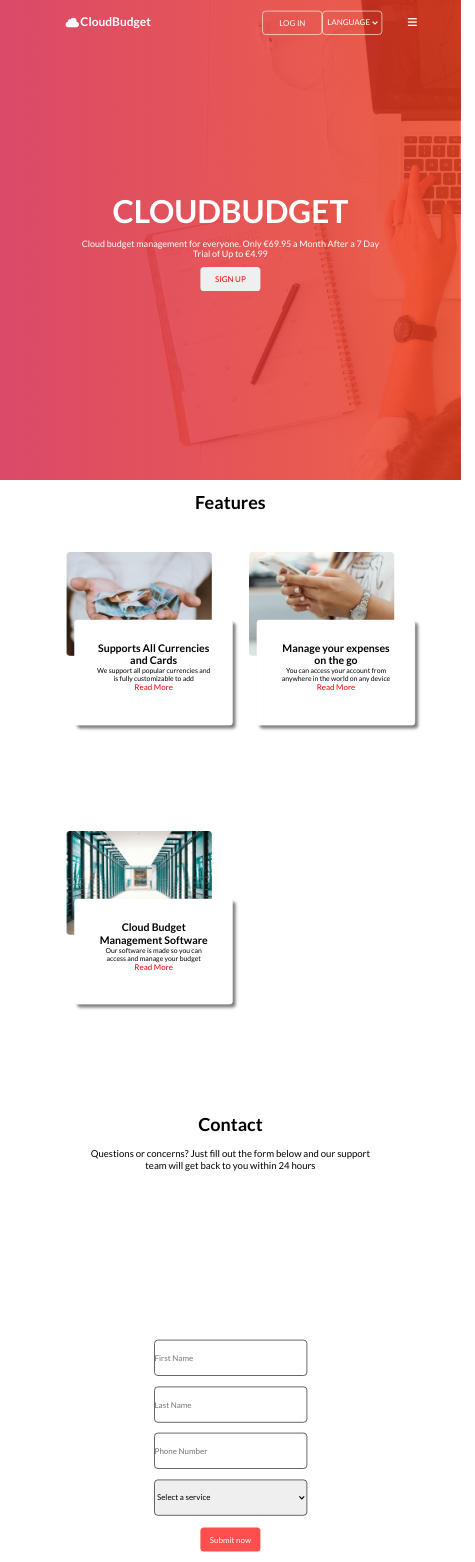
Repository: havvanurrana/website3
Page: index.html
The author's editor kept a copy of each file at every save. The page is drawn from the files as they stood at one save, then again after the next save.
The browser window is 768 px wide. The page is 791 px wide, so the pictures cover 791 px, including what lies to the right of the window. The pictures show the whole page, at 60% of full size.

Above is the page before, as saved 2024-08-05 20:48:10.

After the next save:
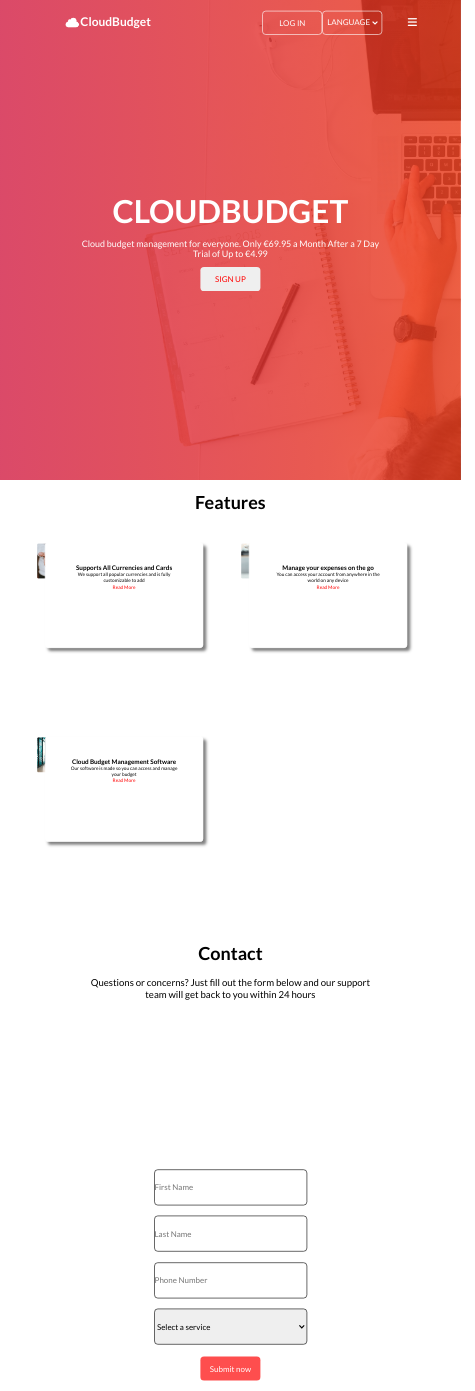
Saved 3 min 50 s later.
--- a/style.css
+++ b/style.css
@@ -313,4 +313,32 @@ input{
       width: 80%;
       margin: 1rem 0;
    }
-}
+   .featureshead {
+      margin: 1rem;
+      padding: 1rem;
+  }
+
+  .features {
+      padding: 0 2rem;
+  }
+
+  .featuressection {
+      padding: 1rem;
+  }
+
+  .features img {
+      width: 80px; /* Daha küçük cihazlar için daha küçük genişlik */
+  }
+
+  .featurescard h1 {
+      font-size: 1.2rem;
+  }
+
+  .featurescard p {
+      font-size: 0.9rem;
+  }
+
+  .featurescard button {
+      font-size: 0.9rem;
+  }
+}
